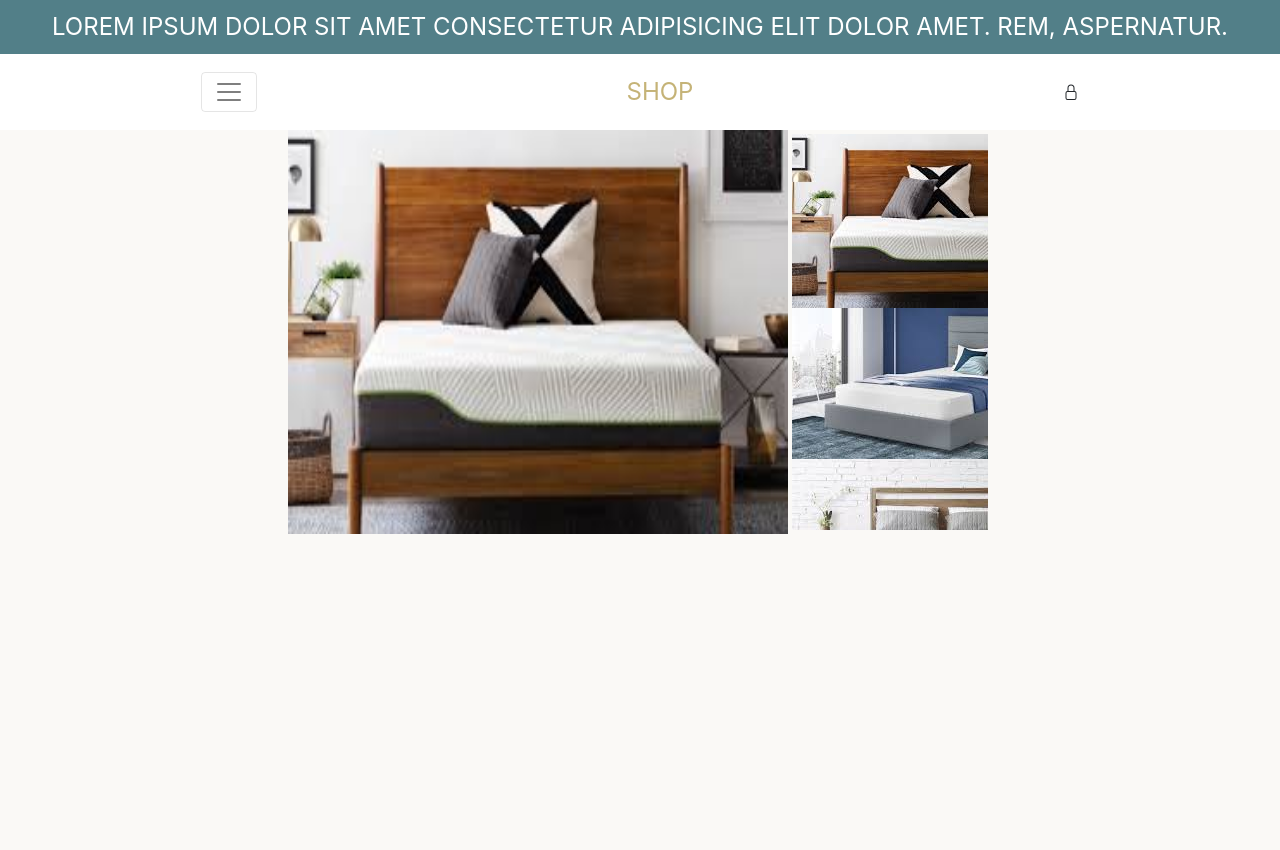
Repository: DaNiels89/frontendassignmentbogbootcamp
Page: index.html
The author's editor kept a copy of each file at every save. The page is drawn from the files as they stood at one save, then again after the next save.
The browser window is 1280 px wide. The pictures show the whole page.

Above is the page before, as saved 2020-03-19 21:16:54.

After the next save:
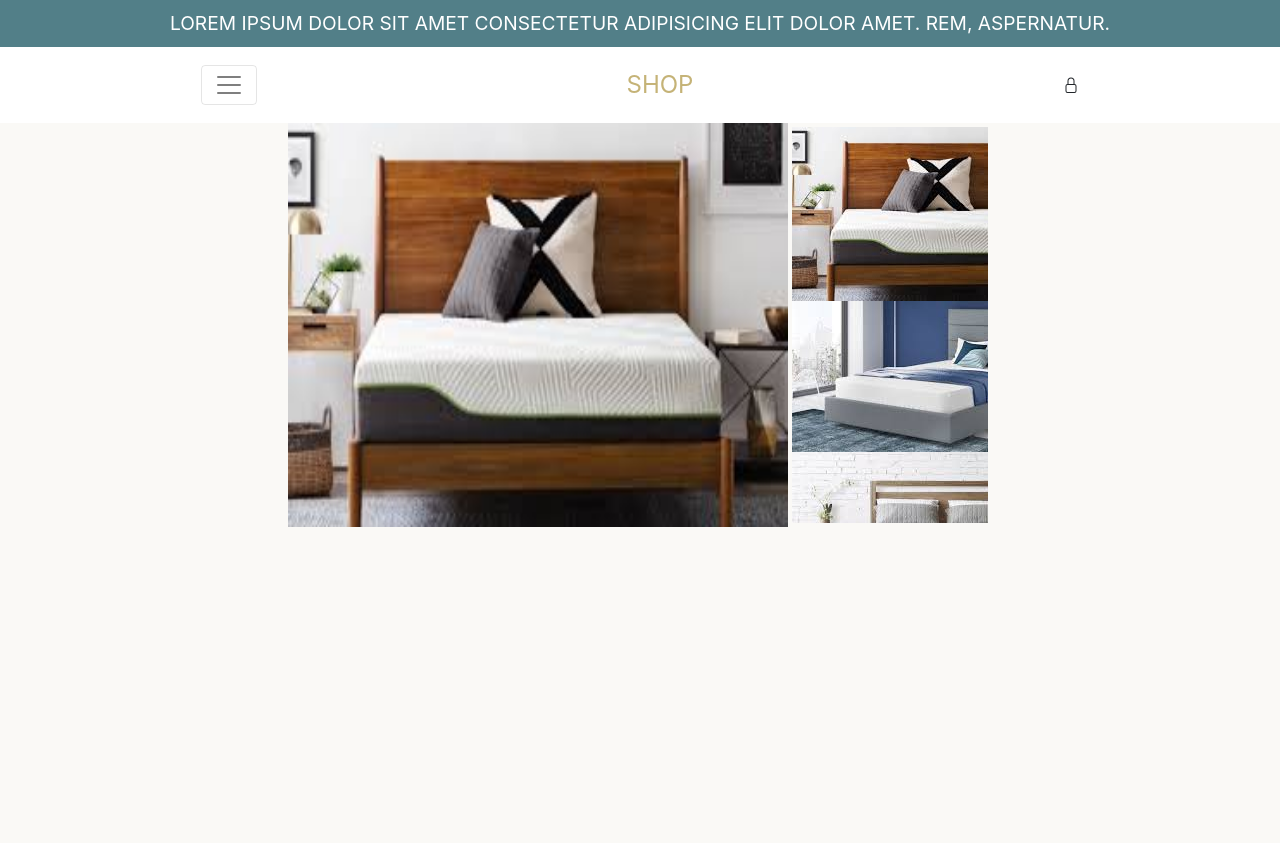
Saved 24 s later.
--- a/css/styles.css
+++ b/css/styles.css
@@ -8,7 +8,7 @@
 .promotion-bar {
   background-color: rgb(82, 127, 136);
   color: white;
-  font-size: 1.5rem;
+  font-size: 1.2rem;
   text-align: center;
   width: 100%;
   height: auto;
